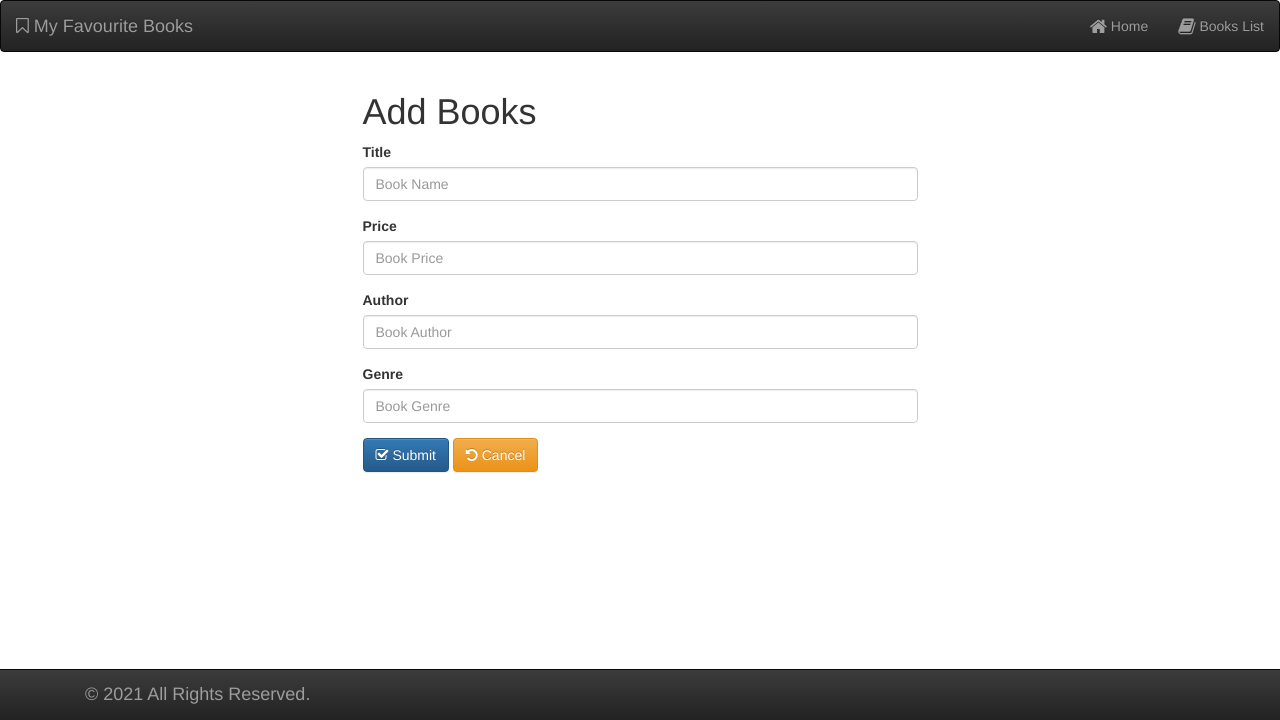
Repository: Anureet23/COMP229-M2021-Midterm-301174444
Page: http://localhost/books/add
The author's editor kept a copy of each file at every save. The page is drawn from the files as they stood at one save, then again after the next save.
The browser window is 1280 px wide. The pictures show the whole page.
The page is served by the project's Node server (server.js). Other server files are loaded and not shown.

Above is the page before, as saved 2021-06-25 14:44:02.

### server/views/books/details.ejs
<%- include('../partials/header.ejs'); %>

    <!-- MAIN CONTENT -->
    <div class="container">
      <div class="row">
        <div class="col-md-offset-3 col-md-6">
          <h1><%= title %></h1>
            <form class="form" method="post">
            <% if(title == "Add Books") { %>
              <div class="form-group">
                <label for="NameTextField">Title</label>
                <input type="text" class="form-control" id="NameTextField"
                placeholder="Book Name" name="title" value="" required>
              </div>
              <div class="form-group">
                <label for="PriceTextField">Price</label>
                <input type="text" class="form-control" id="PriceTextField"
                placeholder="Book Price" name="price" value=""  required>
              </div>
              <div class="form-group">
                <label for="AuthorTextField">Author</label>
                <input type="text" class="form-control" id="AuthorTextField"
                placeholder="Book Author" name="author" value=""  required>
              </div>
              <div class="form-group">
                <label for="GenreTextField">Genre</label>
                <input type="text" class="form-control" id="GenreTextField"
                placeholder="Book Genre" name="genre" value=""  required>
              </div>
              <% } else if(title =="Edit Book") { %>
              <div class="form-group">
                <label for="NameTextField">Title</label>
                <input type="text" class="form-control" id="NameTextField"
                placeholder="Book Name" name="title" value="<%= books.Title %>" required>
              </div>
              <div class="form-group">
                <label for="PriceTextField">Price</label>
                <input type="text" class="form-control" id="PriceTextField"
                placeholder="Book Price" name="price" value="<%= books.Price %>"  required>
              </div>
              <div class="form-group">
                <label for="AuthorTextField">Author</label>
                <input type="text" class="form-control" id="AuthorTextField"
                placeholder="Book Author" name="author" value="<%= books.Author %>"  required>
              </div>
              <div class="form-group">
                <label for="GenreTextField">Genre</label>
                <input type="text" class="form-control" id="GenreTextField"
                placeholder="Book Genre" name="genre" value="<%= books.Genre %>"  required>
              </div>
              <% } %>

              <button type="submit" class="btn btn-primary"><i class="fa fa-check-square-o"></i> Submit</button>
              <a href="/books" class="btn btn-warning"><i class="fa fa-undo"></i> Cancel</a>
            </form>
        </div>
      </div>
    </div>

<%- include('../partials/footer.ejs'); %>

### server/views/partials/header.ejs
<!DOCTYPE html>
<html lang="en">
  <head>
    <meta charset="utf-8">
    <meta name="viewport" content="width=device-width, initial-scale=1">
    <title><%= title %></title>
    <!-- CSS SECTION -->
    <link rel="stylesheet" href="/Scripts/lib/bootstrap/dist/css/bootstrap.min.css">
    <link rel="stylesheet" href="/Scripts/lib/bootstrap/dist/css/bootstrap-theme.min.css">
    <link rel="stylesheet" href="/Scripts/lib/font-awesome/css/font-awesome.min.css">
    <link rel='stylesheet' href='/Content/app.css' />
  </head>
  <body>

  <nav class="navbar navbar-inverse" role="navigation">
    <!-- Brand and toggle get grouped for better mobile display -->
    <div class="navbar-header">
      <button type="button" class="navbar-toggle" data-toggle="collapse" data-target=".navbar-ex1-collapse">
        <span class="sr-only">Toggle navigation</span>
        <span class="icon-bar"></span>
        <span class="icon-bar"></span>
        <span class="icon-bar"></span>
      </button>
      <a class="navbar-brand" href="/"><i class="fa fa-bookmark-o"></i> My Favourite Books</a>
    </div>

    <!-- Collect the nav links, forms, and other content for toggling -->
    <div class="collapse navbar-collapse navbar-ex1-collapse">
      <ul class="nav navbar-nav navbar-right">
        <% if(title == "Home") { %>
          <li class="active"><a href="/"><i class="fa fa-home fa-lg"></i> Home</a></li>
        <% } else { %>
          <li><a href="/"><i class="fa fa-home fa-lg"></i> Home</a></li>
        <% } %>

          <% if(title == "books") { %>
          <li class="active"><a href="/books"><i class="fa fa-book fa-lg">
          </i> Books List</a></li>
          <% } else { %>
            <li><a href="/books"><i class="fa fa-book fa-lg">
            </i> Books List</a></li>
          <% } %>

      </ul>
    </div><!-- /.navbar-collapse -->
  </nav>

### server/views/partials/footer.ejs

<nav class="navbar navbar-inverse navbar-fixed-bottom">
  <div class="container">
    <h4  class="navbar-text">&copy; 2021 All Rights Reserved.</h4>
  </div>
</nav>



<!-- JAVASCRIPT SECTION -->
    <script src="/Scripts/lib/jquery/dist/jquery.min.js"></script>
    <script src="/Scripts/lib/bootstrap/dist/js/bootstrap.min.js"></script>
    <script src="/Scripts/app.js"></script>
  </body>
</html>

### server.js
let app = require('./server/config/app');
let debug = require('debug')('comp308-w2019-midterm:server');
let http = require('http');

/**
 * Get port from environment and store in Express.
 */

let port = normalizePort(process.env.PORT || '3000');
app.set('port', port);

/**
 * Create HTTP server.
 */

let server = http.createServer(app);

/**
 * Listen on provided port, on all network interfaces.
 */

server.listen(port);
server.on('error', onError);
server.on('listening', onListening);

/**
 * Normalize a port into a number, string, or false.
 */

function normalizePort(val) {
  let port = parseInt(val, 10);

  if (isNaN(port)) {
    // named pipe
    return val;
  }

  if (port >= 0) {
    // port number
    return port;
  }

  return false;
}

/**
 * Event listener for HTTP server "error" event.
 */

function onError(error) {
  if (error.syscall !== 'listen') {
    throw error;
  }

  let bind = typeof port === 'string'
    ? 'Pipe ' + port
    : 'Port ' + port;

  // handle specific listen errors with friendly messages
  switch (error.code) {
    case 'EACCES':
      console.error(bind + ' requires elevated privileges');
      process.exit(1);
      break;
    case 'EADDRINUSE':
      console.error(bind + ' is already in use');
      process.exit(1);
      break;
    default:
      throw error;
  }
}

/**
 * Event listener for HTTP server "listening" event.
 */

function onListening() {
  let addr = server.address();
  let bind = typeof addr === 'string'
    ? 'pipe ' + addr
    : 'port ' + addr.port;
  debug('Listening on ' + bind);
}

### server/routes/books.js
// modules required for routing
let express = require('express');
let router = express.Router();
let mongoose = require('mongoose');

// define the book model
let book = require('../models/books');

/* GET books List page. READ */
router.get('/', (req, res, next) => {
  // find all books in the books collection
  book.find( (err, books) => {
    if (err) {
      return console.error(err);
    }
    else {
      res.render('books/index', {
        title: 'Books',
        books: books
      });
    }
  });

});

//  GET the Book Details page in order to add a new Book
router.get('/add', (req, res, next) => {

     res.render('books/details',{title: 'Add Books'})

});

// POST process the Book Details page and create a new Book - CREATE
router.post('/add', (req, res, next) => {

     let newBooks = book({
      "Title" : req.body.title,
      "Price": req.body.price,
      "Author": req.body.author,
      "Genre": req.body.genre
});
book.create(newBooks,(err,book)=> {
   if(err){
       console.log(err);
       res.end(err);
   }
   else{
       //refresh the book list
       res.redirect('/books');
   }
  });

});

// GET the Book Details page in order to edit an existing Book
router.get('/edit/:id', (req, res, next) => {

     let id = req.params.id;

        book.findById(id,(err,bookToEdit) => {

         if(err){
             console.log(err);
             res.end(err);
         }
         else{

             //show the edit view
             res.render('books/details', {title: 'Edit Books',book : bookToEdit})
         }

        });

});

// POST - process the information passed from the details form and update the document
router.post('/edit/:id', (req, res, next) => {

     let id = req.params.id;
     let updatedBook = book({
         "_id":id,
         "Title" : req.body.title,
         "Price": req.body.price,
         "Author": req.body.author,
         "Genre": req.body.genre

     });

     book.updateOne({_id: id},updatedBook,(err) =>{
         if(err){
             console.log(err);
             res.end(err);
         }
         else{
            //refresh the book list
            res.redirect('/books');
         }
     });
});

// GET - process the delete by user id
router.get('/delete/:id', (req, res, next) => {

     let id = req.params.id;
     book.remove({_id: id},(err) =>{
         if(err){
             console.log(err);
             res.end(err);
         }
         else{
            //refresh the books
            res.redirect('/books');
         }
     });
});


module.exports = router;

### client/Scripts/app.js
/* custom JS goes here */

/* pagination code from http://www.bootply.com/lxa0FF9yhw */
$.fn.pageMe = function(opts){
    var $this = this,
        defaults = {
            perPage: 7,
            showPrevNext: false,
            hidePageNumbers: false
        },
        settings = $.extend(defaults, opts);

    var listElement = $this;
    var perPage = settings.perPage;
    var children = listElement.children();
    var pager = $('.pager');

    if (typeof settings.childSelector!="undefined") {
        children = listElement.find(settings.childSelector);
    }

    if (typeof settings.pagerSelector!="undefined") {
        pager = $(settings.pagerSelector);
    }

    var numItems = children.size();
    var numPages = Math.ceil(numItems/perPage);

    pager.data("curr",0);

    if (settings.showPrevNext){
        $('<li><a href="#" class="prev_link">«</a></li>').appendTo(pager);
    }

    var curr = 0;
    while(numPages > curr && (settings.hidePageNumbers==false)){
        $('<li><a href="#" class="page_link">'+(curr+1)+'</a></li>').appendTo(pager);
        curr++;
    }

    if (settings.showPrevNext){
        $('<li><a href="#" class="next_link">»</a></li>').appendTo(pager);
    }

    pager.find('.page_link:first').addClass('active');
    pager.find('.prev_link').hide();
    if (numPages<=1) {
        pager.find('.next_link').hide();
    }
  	pager.children().eq(1).addClass("active");

    children.hide();
    children.slice(0, perPage).show();

    pager.find('li .page_link').click(function(){
        var clickedPage = $(this).html().valueOf()-1;
        goTo(clickedPage,perPage);
        return false;
    });
    pager.find('li .prev_link').click(function(){
        previous();
        return false;
    });
    pager.find('li .next_link').click(function(){
        next();
        return false;
    });

    function previous(){
        var goToPage = parseInt(pager.data("curr")) - 1;
        goTo(goToPage);
    }

    function next(){
        goToPage = parseInt(pager.data("curr")) + 1;
        goTo(goToPage);
    }

    function goTo(page){
        var startAt = page * perPage,
            endOn = startAt + perPage;

        children.css('display','none').slice(startAt, endOn).show();

        if (page>=1) {
            pager.find('.prev_link').show();
        }
        else {
            pager.find('.prev_link').hide();
        }

        if (page<(numPages-1)) {
            pager.find('.next_link').show();
        }
        else {
            pager.find('.next_link').hide();
        }

        pager.data("curr",page);
      	pager.children().removeClass("active");
        pager.children().eq(page+1).addClass("active");

    }
};

// IIFE
(function(){
  $(".btn-danger").click(function(event){
    if(!confirm("Are you sure?")) {
      event.preventDefault();
      window.location.assign("/games");
    }
  });

 /* pagination code */
  $('#myTable').pageMe(
    {pagerSelector:'#myPager',showPrevNext:true,hidePageNumbers:false,perPage:6}
    );
})();

Loaded but not shown: client/Scripts/lib/bootstrap/dist/css/bootstrap.min.css (library); client/Scripts/lib/bootstrap/dist/css/bootstrap-theme.min.css (library); client/Scripts/lib/font-awesome/css/font-awesome.min.css (library); client/Content/app.css (common file); client/Scripts/lib/jquery/dist/jquery.min.js (library); client/Scripts/lib/bootstrap/dist/js/bootstrap.min.js (library)

After the next save:
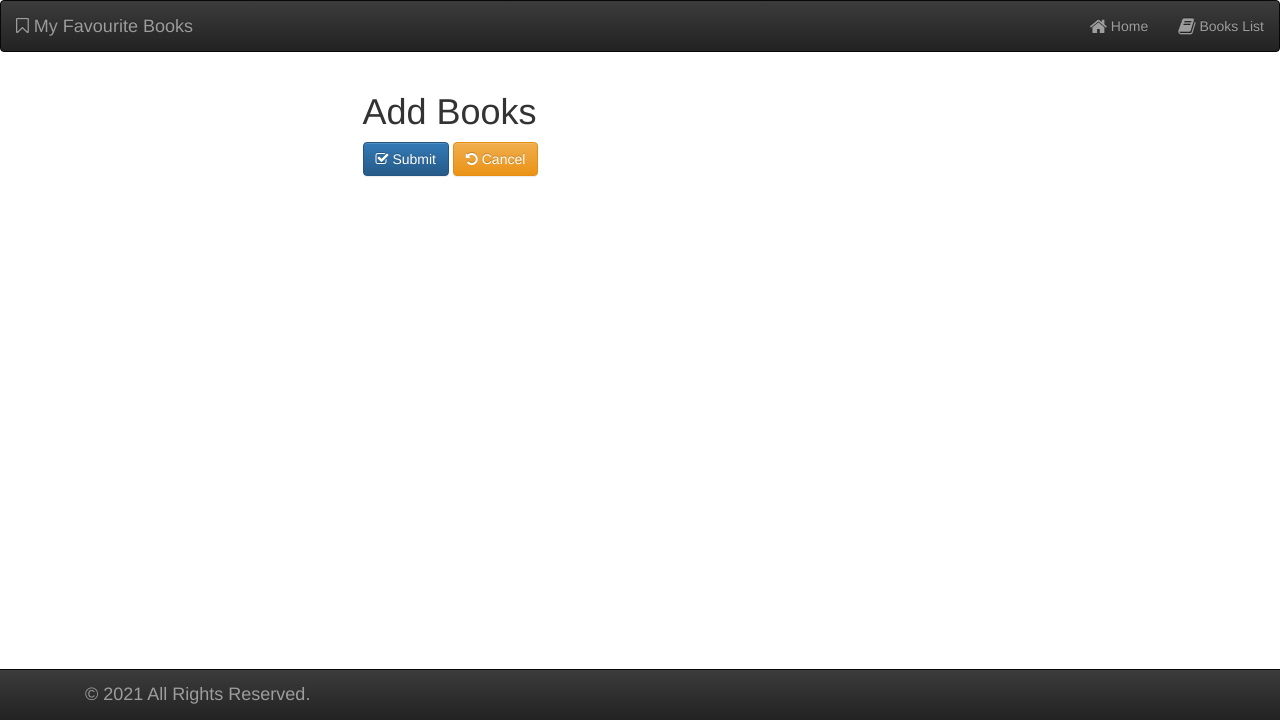
Saved 4 s later.
--- a/server/views/books/details.ejs
+++ b/server/views/books/details.ejs
@@ -6,7 +6,7 @@
         <div class="col-md-offset-3 col-md-6">
           <h1><%= title %></h1>
             <form class="form" method="post">
-            <% if(title == "Add Books") { %>
+            <% if(title == "Add Book") { %>
               <div class="form-group">
                 <label for="NameTextField">Title</label>
                 <input type="text" class="form-control" id="NameTextField"
